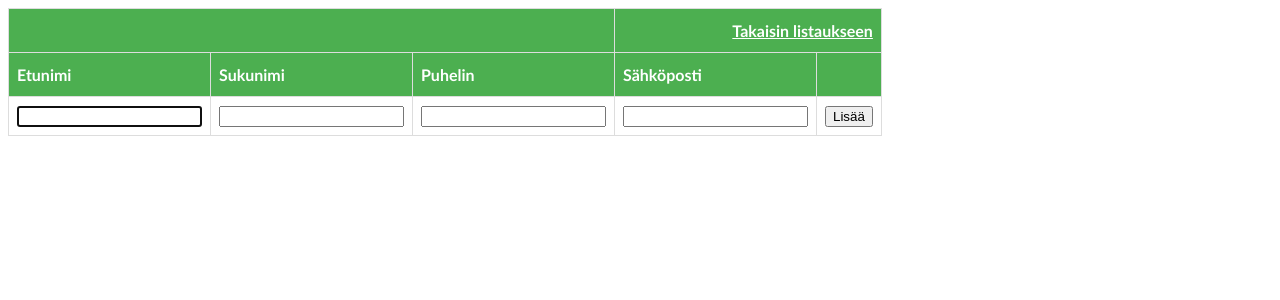
Repository: a1503589/ohjelmointi2-lopputyo
Page: http://localhost/autot/lisaavene.jsp
The author's editor kept a copy of each file at every save. The page is drawn from the files as they stood at one save, then again after the next save.
The browser window is 1280 px wide. The pictures show the whole page.
The page is served by Tomcat 9.

Above is the page before, as saved 2021-12-14 14:39:36.

After the next save:
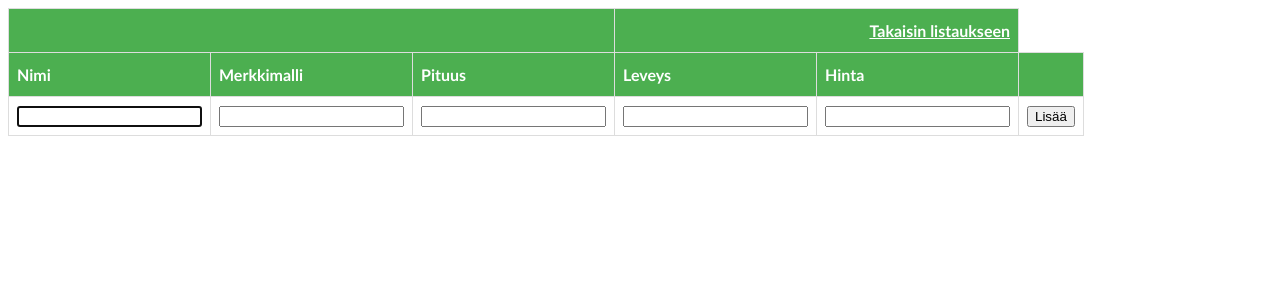
Saved 4 min 4 s later.
--- a/autot/src/main/webapp/lisaavene.jsp
+++ b/autot/src/main/webapp/lisaavene.jsp
@@ -6,7 +6,7 @@
 <meta charset="ISO-8859-1">
 <script src="scripts/main.js"></script>
 <link rel="stylesheet" type="text/css" href="css/main.css">
-<title>Lisää asiakas</title>
+<title>Lisää vene</title>
 </head>
 <body onkeydown="tutkiKey(event)">
 <form id="tiedot">
@@ -17,19 +17,21 @@
 				<th colspan="2" class="oikealle"><a href="listaaasiakkaat.jsp" id="takaisin">Takaisin listaukseen</a></th>
 			</tr>
 			<tr>
-				<th>Etunimi</th>
-				<th>Sukunimi</th>
-				<th>Puhelin</th>
-				<th>Sähköposti</th>
+				<th>Nimi</th>
+				<th>Merkkimalli</th>
+				<th>Pituus</th>
+				<th>Leveys</th>
+				<th>Hinta</th>
 				<th></th>
 			</tr>
 		</thead>
 		<tbody>
 			<tr>
-				<td><input type="text" name="nimi" id="etunimi"></td>
-				<td><input type="text" name="sukunimi" id="sukunimi"></td>
-				<td><input type="text" name="puhelin" id="puhelin"></td>
-				<td><input type="text" name="sposti" id="sposti"></td>
+				<td><input type="text" name="nimi" id="nimi"></td>
+				<td><input type="text" name="merkkimalli" id="merkkimalli"></td>
+				<td><input type="text" name="pituus" id="leveys"></td>
+				<td><input type="text" name="leveys" id="leveys"></td>
+				<td><input type="text" name="hinta" id="hinta"></td>
 				<td><input type="button" name="nappi" id="tallenna" value="Lisää" onclick="lisaaTiedot()"></td>
 			</tr>
 		</tbody>
@@ -45,20 +47,22 @@ function tutkiKey(event){
 
 }
 
-document.getElementById("etunimi").focus();//viedään kursori rekno-kenttään sivun latauksen yhteydessä
+document.getElementById("nimi").focus();//viedään kursori rekno-kenttään sivun latauksen yhteydessä
 
 //funktio tietojen lisäämistä varten. Kutsutaan backin POST-metodia ja välitetään kutsun mukana uudet tiedot json-stringinä.
 //POST /autot/
 function lisaaTiedot(){
 	var ilmo="";
 	var d = new Date();
-	if(document.getElementById("etunimi").value.length<2){
+	if(document.getElementById("nimi").value.length<2){
 		ilmo="Etunimi ei kelpaa!";
-	}else if(document.getElementById("sukunimi").value.length<2){
+	}else if(document.getElementById("merkkimalli").value.length<2){
 		ilmo="Sukunimi ei kelpaa!";
-	}else if(document.getElementById("puhelin").value.length<3){
+	}else if(document.getElementById("pituus").value.length<3){
 		ilmo="Puhelinnumero ei kelpaa!";
-	}else if(document.getElementById("sposti").value.lenght <4){
+	}else if(document.getElementById("leveys").value.lenght <4){
+		ilmo="Sähköposti ei ole kelpaa!";
+	}else if(document.getElementById("hinta").value.lenght <4){
 		ilmo="Sähköposti ei ole kelpaa!";
 	}
 	if(ilmo!=""){
@@ -66,14 +70,15 @@ function lisaaTiedot(){
 		setTimeout(function(){ document.getElementById("ilmo").innerHTML=""; }, 3000);
 		return;
 	}
-	document.getElementById("etunimi").value=siivoa(document.getElementById("etunimi").value);
-	document.getElementById("sukunimi").value=siivoa(document.getElementById("sukunimi").value);
-	document.getElementById("puhelin").value=siivoa(document.getElementById("puhelin").value);
-	document.getElementById("sposti").value=siivoa(document.getElementById("sposti").value);
+	document.getElementById("nimi").value=siivoa(document.getElementById("nimi").value);
+	document.getElementById("merkkimalli").value=siivoa(document.getElementById("merkkimalli").value);
+	document.getElementById("pituus").value=siivoa(document.getElementById("pituus").value);
+	document.getElementById("leveys").value=siivoa(document.getElementById("leveys").value);
+	document.getElementById("hinta").value=siivoa(document.getElementById("hinta").value);
 
 	var formJsonStr=formDataToJSON(document.getElementById("tiedot")); //muutetaan lomakkeen tiedot json-stringiksi
 	//Lähetään uudet tiedot backendiin
-	fetch("asiakkaat",{//Lähetetään kutsu backendiin
+	fetch("veneet",{//Lähetetään kutsu backendiin
 	      method: 'POST',
 	      body:formJsonStr
 	    })
